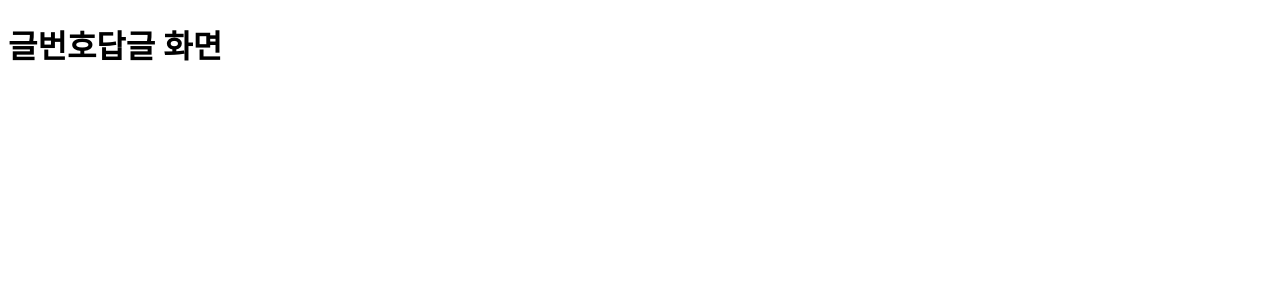
Repository: rmh6363/javastudy
Page: http://localhost/MyBoard/reply.jsp
These files come from the project's save history. The page is drawn as it stood at one moment and after the next save; the edit follows.
The browser window is 1280 px wide. The pictures show the whole page.
The page is served by Tomcat 9. Other server files are loaded and not shown.

Above is the page before, as saved 2021-01-05 07:05:03.

### MyBoard/WebContent/reply.jsp
<%@ page language="java" contentType="text/html; charset=UTF-8"
    pageEncoding="UTF-8"%>
     <%@ taglib uri="http://java.sun.com/jsp/jstl/core" prefix="c" %>
    <%@ taglib uri="http://java.sun.com/jsp/jstl/fmt" prefix="fmt" %>
    <%@ taglib uri="http://java.sun.com/jsp/jstl/functions" prefix="fn" %>
<!DOCTYPE html>
<html>
<head>
<meta charset="UTF-8">
<title>답글 화면</title>
<script src="https://ajax.googleapis.com/ajax/libs/jquery/3.5.1/jquery.min.js"></script>
</head>
<body>
<h1>글번호${param.num}답글 화면</h1>




</body>
</html>

After the next save:
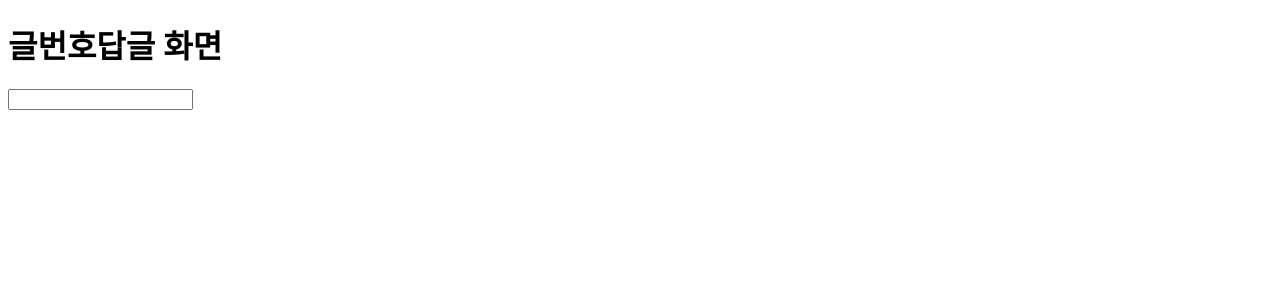
Saved 85 s later.
--- a/MyBoard/WebContent/reply.jsp
+++ b/MyBoard/WebContent/reply.jsp
@@ -12,7 +12,14 @@
 </head>
 <body>
 <h1>글번호${param.num}답글 화면</h1>
+<form action="reply.do" method="post">
 
+	<input name="num" value="${param.num}"><br>
+
+
+
+
+</form>
 
 
 

After the save that followed:
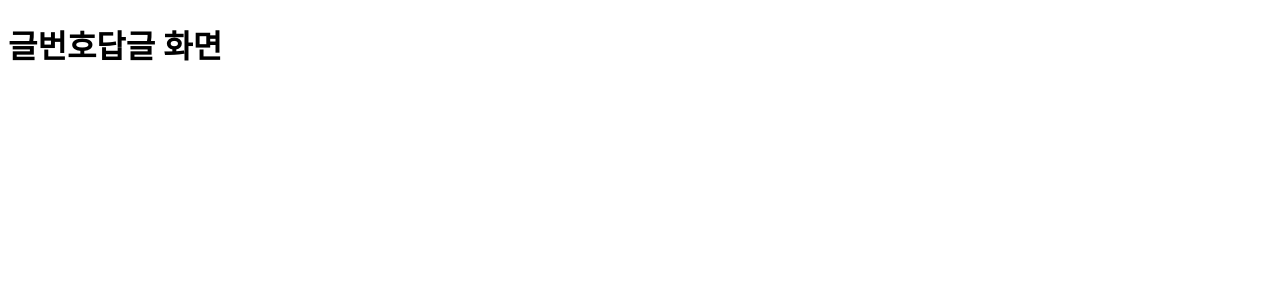
Saved 19 s later.
--- a/MyBoard/WebContent/reply.jsp
+++ b/MyBoard/WebContent/reply.jsp
@@ -14,7 +14,7 @@
 <h1>글번호${param.num}답글 화면</h1>
 <form action="reply.do" method="post">
 
-	<input name="num" value="${param.num}"><br>
+	<input type="hidden" name="num" value="${param.num}"><br>
 
 
 
